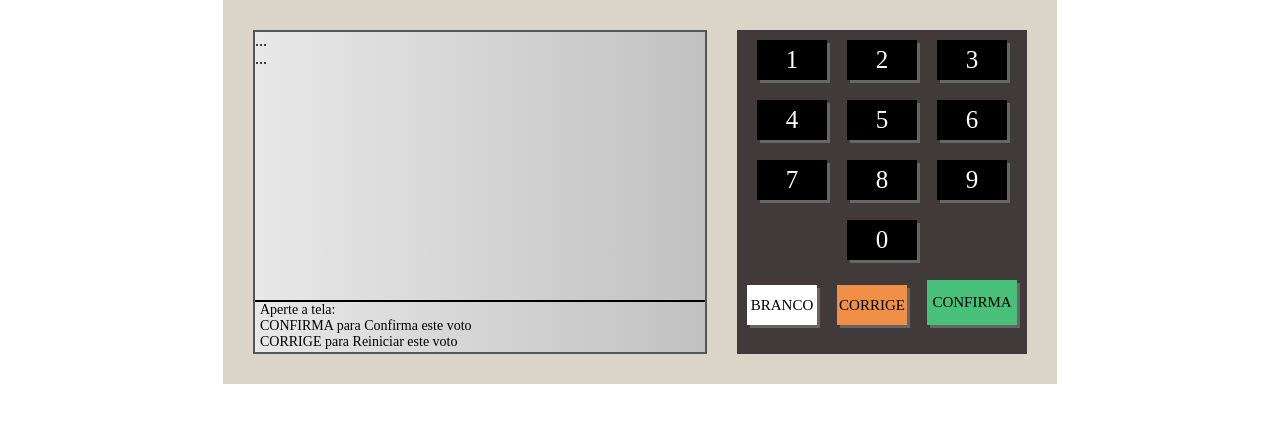
Repository: ThiagoIturra/urnaJs
Page: index.html
An editor plug-in stored every save of this project. The page is shown before and after the next save, followed by the edit.
The browser window is 1280 px wide. The pictures show the whole page.

Above is the page before, as saved 2022-01-05 16:33:19.

### index.html
<!DOCTYPE html>
<html lang="pt-BR">
<header>
    <meta charset="UTF-8" />
    <meta name="viewport" content="width=device-width, initial-scale=1.0">
    <link rel="stylesheet" href="style.css">
    <title>Urna Eletrônica</title>
</header>
<body>
    <div class="urna">
        <div class="screen">
            <div class="division">
                <div class="division-left">
                    ...
                </div>
                <div class="division-right">
                    ...
                </div>
            </div>
            <div class="division-2">
                Aperte a tela:<br/>
                CONFIRMA para Confirma este voto<br/>
                CORRIGE para Reiniciar este voto
            </div>
        </div>
        <div class="keyboard">
            <div class="keyboard--line">
                <div class="keyboard--button">1</div>
                <div class="keyboard--button">2</div>
                <div class="keyboard--button">3</div>
            </div>
            <div class="keyboard--line">
                <div class="keyboard--button">4</div>
                <div class="keyboard--button">5</div>
                <div class="keyboard--button">6</div>
            </div>
            <div class="keyboard--line">
                <div class="keyboard--button">7</div>
                <div class="keyboard--button">8</div>
                <div class="keyboard--button">9</div>
            </div>
            <div class="keyboard--line">
                <div class="keyboard--button">0</div>
            </div>
            <div class="keyboard--line">
                <div class="keyboard--button button--branco">BRANCO</div>
                <div class="keyboard--button button--corrige">CORRIGE</div>
                <div class="keyboard--button button--confirma">CONFIRMA</div>
            </div>
        </div>
    </div>
</body>
</html>

### style.css
body {
    margin: 0;
    display: flex;
    justify-content: center;
    align-items: center;
}

.urna {
    background-color: #dbd5c9;
    padding: 30px;
    display: flex;
}

.screen {
    width: 450px;
    height: 320px;
    background: linear-gradient(to right, #e8e8e8, #c1c1c1);
    border: 2px solid #555;
    display: flex;
    flex-direction: column;
}

.keyboard {
    background-color: #403A3A;
    margin-left: 30px;
}

.keyboard--line {
    display: flex;
    justify-content: center;
    align-items: flex-end;
}

.keyboard--button {
    width: 70px;
    height: 40px;
    background-color: #000;
    color: #fff;
    font-size: 25px;
    display: flex;
    justify-content: center;
    align-items: center;
    margin: 10px;
    cursor: pointer;
    box-shadow: 3px 3px 0px #666;
}

.button--branco {
    background-color: #fff;
    color: #000;
    font-size: 15px;
    cursor: pointer;
}

.button--corrige {
    background-color: #f09046;
    color: #000;
    font-size: 15px;
    cursor: pointer;
}

.button--confirma {
    background-color: #48c079;
    color: #000;
    font-size: 15px;
    cursor: pointer;
    width: 90px;
    height: 45px;
}

.division {
    flex: 1;
}

.division-2 {
    height: 50px;
    font-size: 14px;
    border-top: 2px solid #000;
    padding-left: 5px;
}

After the next save:
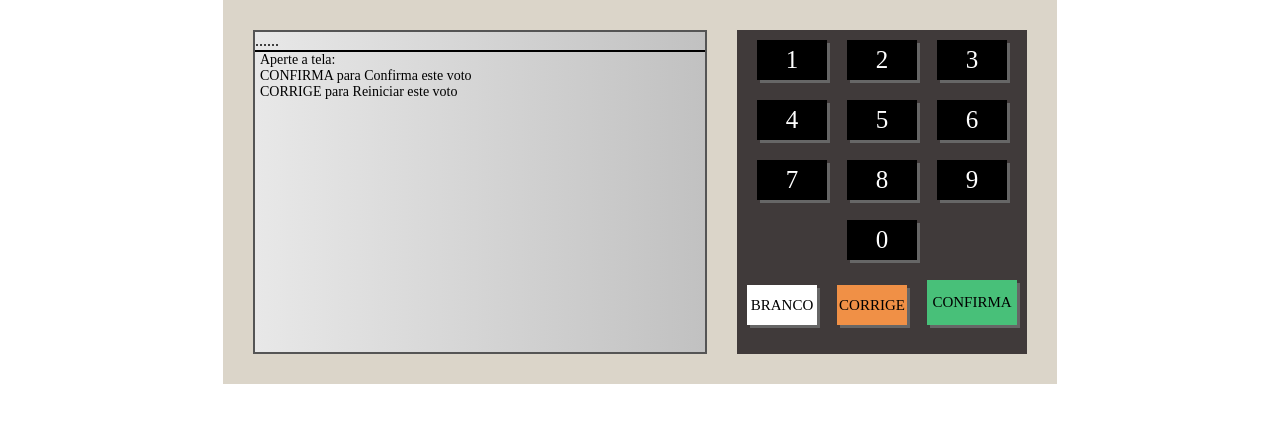
Saved 28 s later.
--- a/style.css
+++ b/style.css
@@ -69,7 +69,9 @@
 }
 
 .division {
+    display: flex;s
     flex: 1;
+
 }
 
 .division-2 {

After the save that followed:
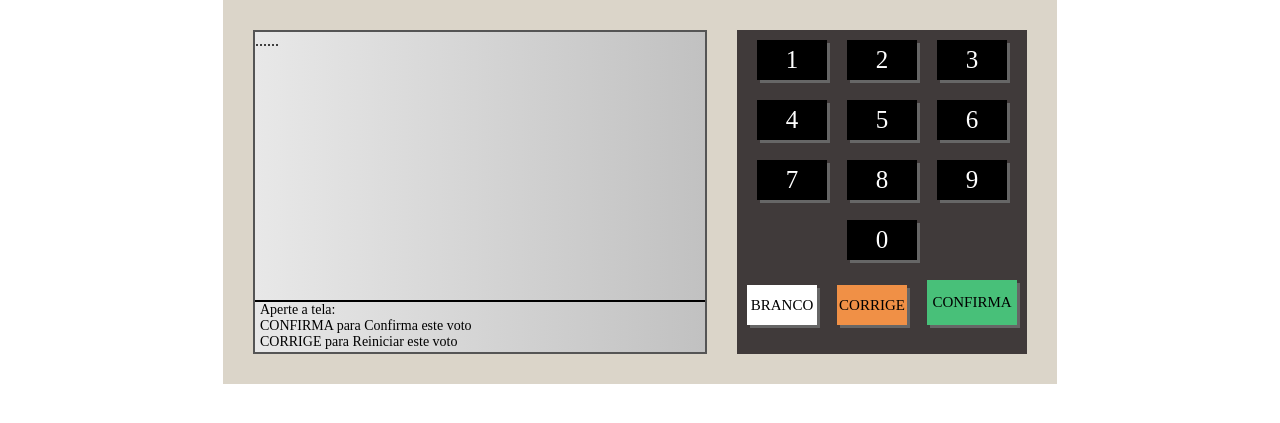
Saved 4 s later.
--- a/style.css
+++ b/style.css
@@ -69,7 +69,7 @@
 }
 
 .division {
-    display: flex;s
+    display: flex;
     flex: 1;
 
 }
